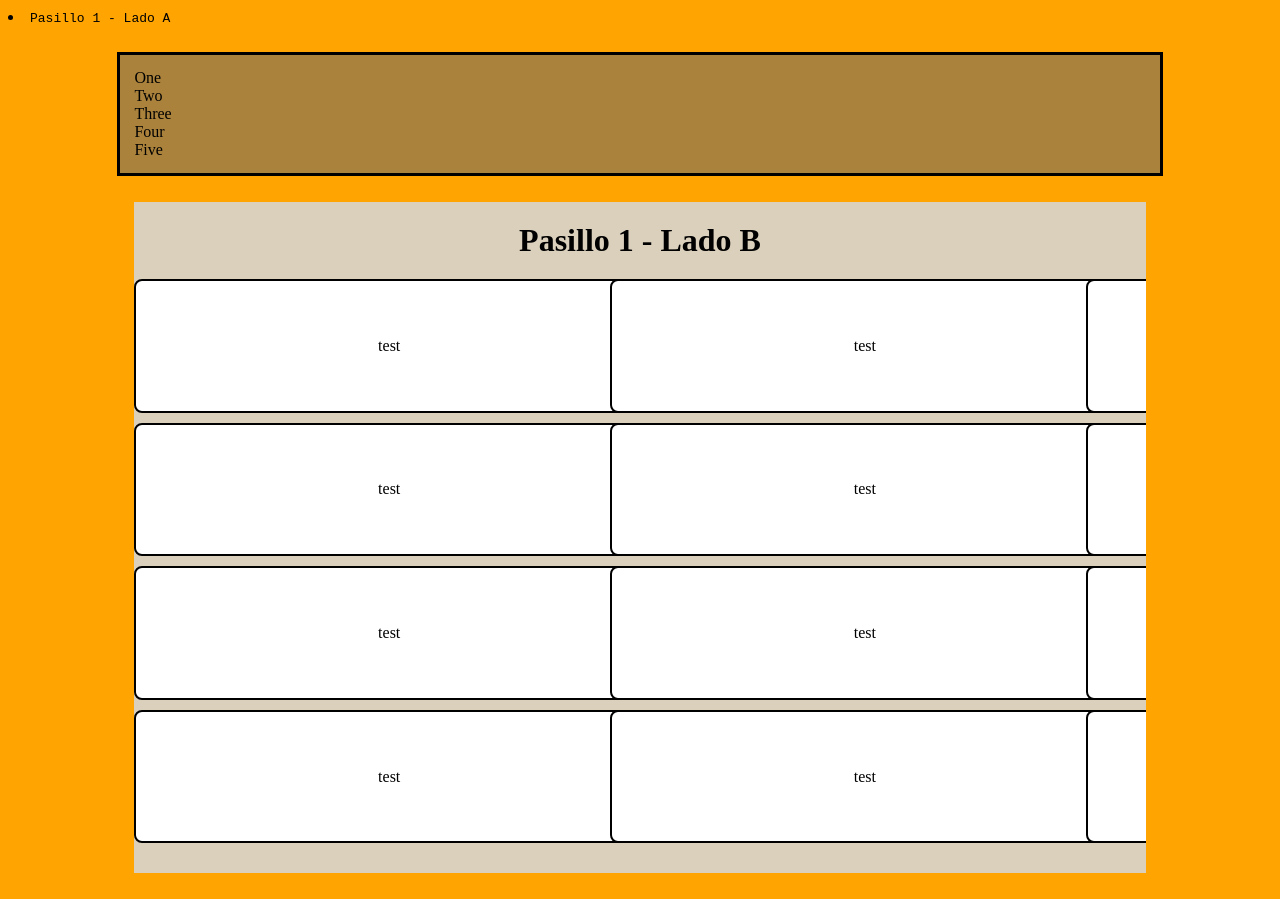
Repository: Franzcod/DepoStock_Web
Page: index.html
These files come from the project's save history. The page is drawn as it stood at one moment and after the next save; the edit follows.
The browser window is 1280 px wide. The pictures show the whole page.

Above is the page before, as saved 2020-06-07 02:49:57.
Console error: ReferenceError: ur is not defined

After the next save:
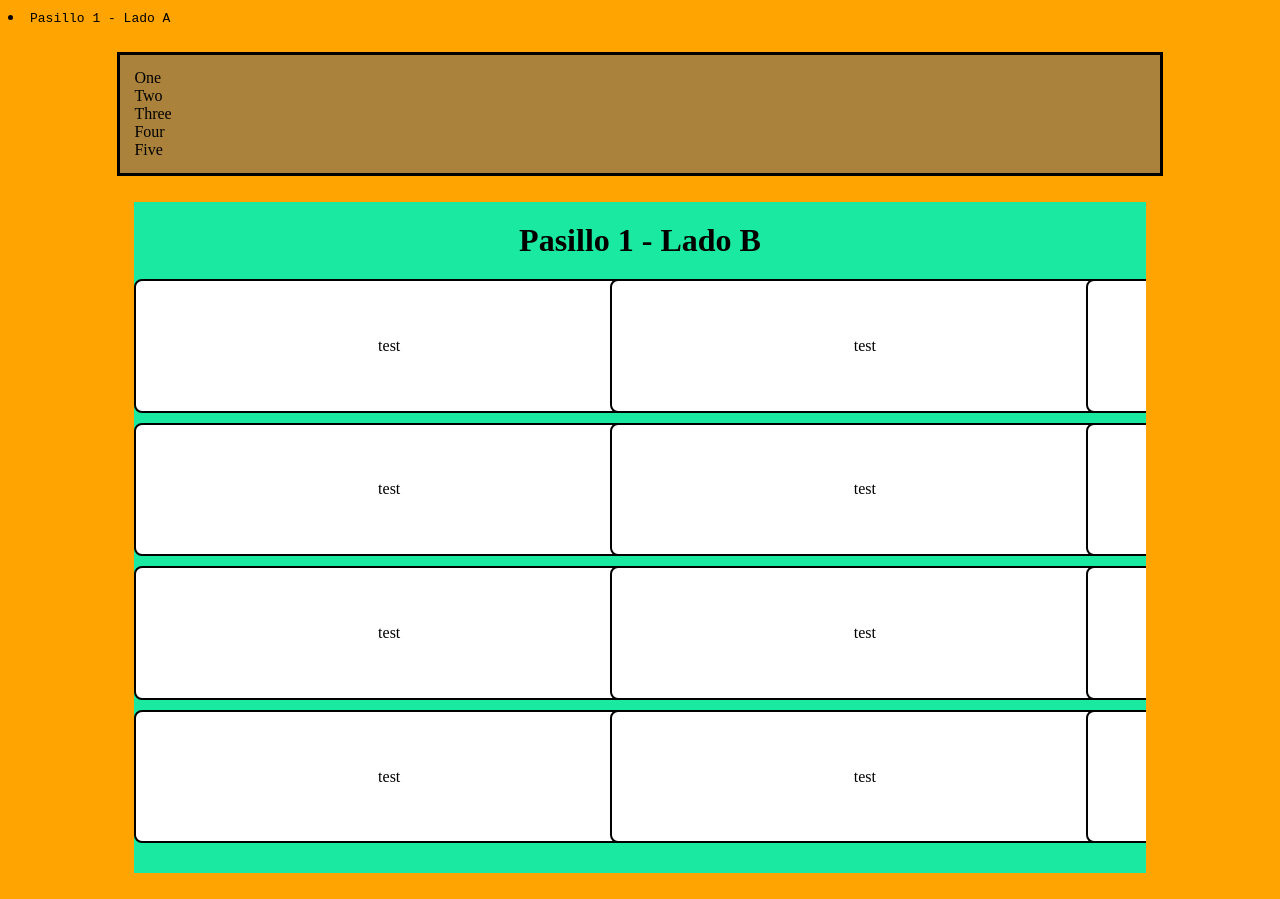
Saved 26 s later.
--- a/estilo/estilo.css
+++ b/estilo/estilo.css
@@ -63,7 +63,7 @@ h3 {
 .app {
     width: 80%;
     height: 30%;
-    background: #DBD0BC;
+    background: rgb(26, 233, 161);
     overflow-y: scroll;
     margin: 2vw auto;
 
